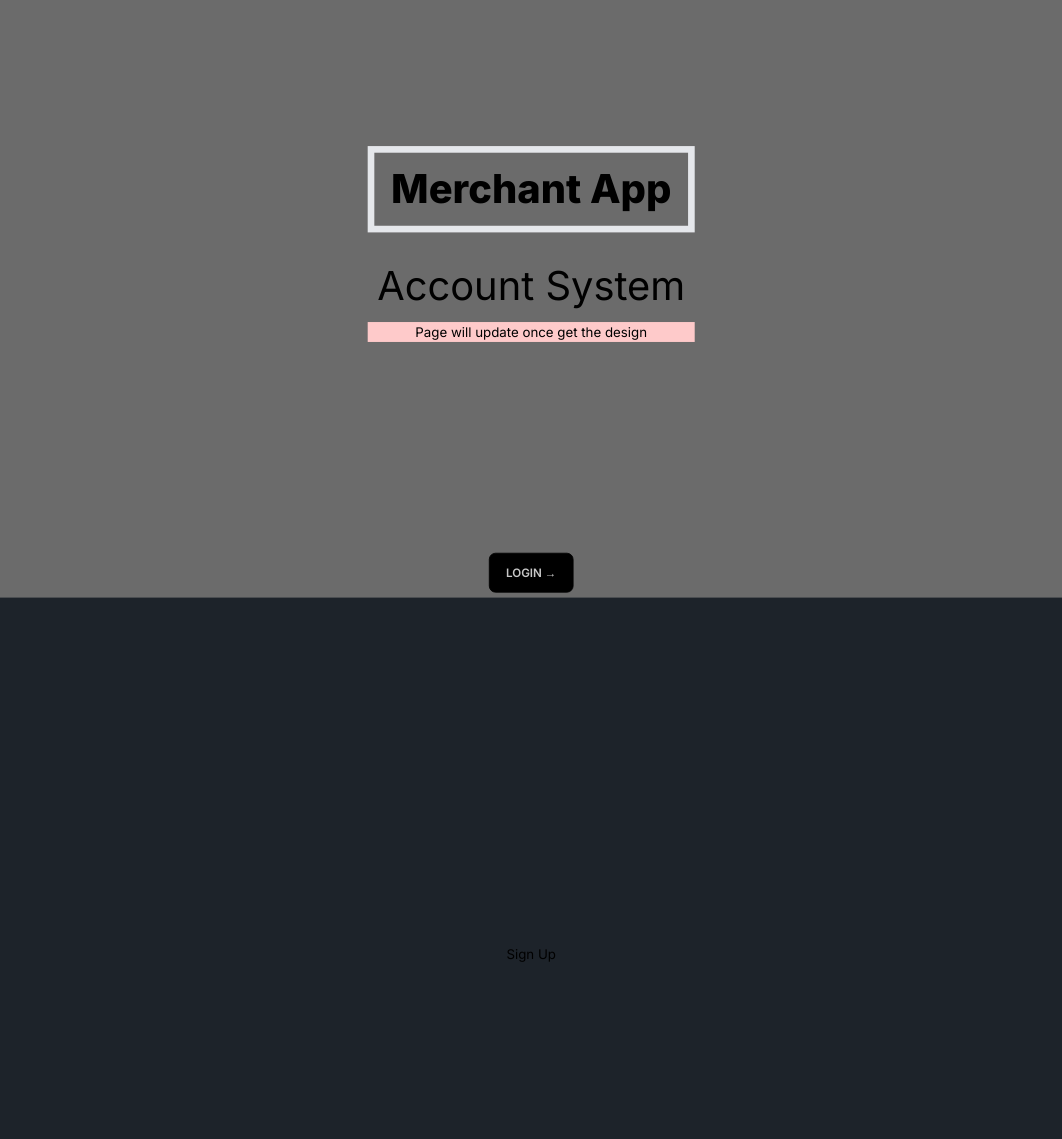
Repository: khairul35/merchant-dashboard
Page: /
The author's editor kept a copy of each file at every save. The page is drawn from the files as they stood at one save, then again after the next save.
The browser window is 1280 px wide. The pictures show the whole page, at 83% of full size.
The project was rebuilt for these pictures with package versions that can differ from the ones it lists, and the page was loaded fresh each time. The framework's server and built-in components were replaced by stand-ins that run in the browser. Also part of the build but not shown: next.config.js, app/components/layout/Header/index.module.css, app/components/layout/Header/index.component.tsx.

Above is the page before, as saved 2024-01-03 11:12:29.

After the next save:
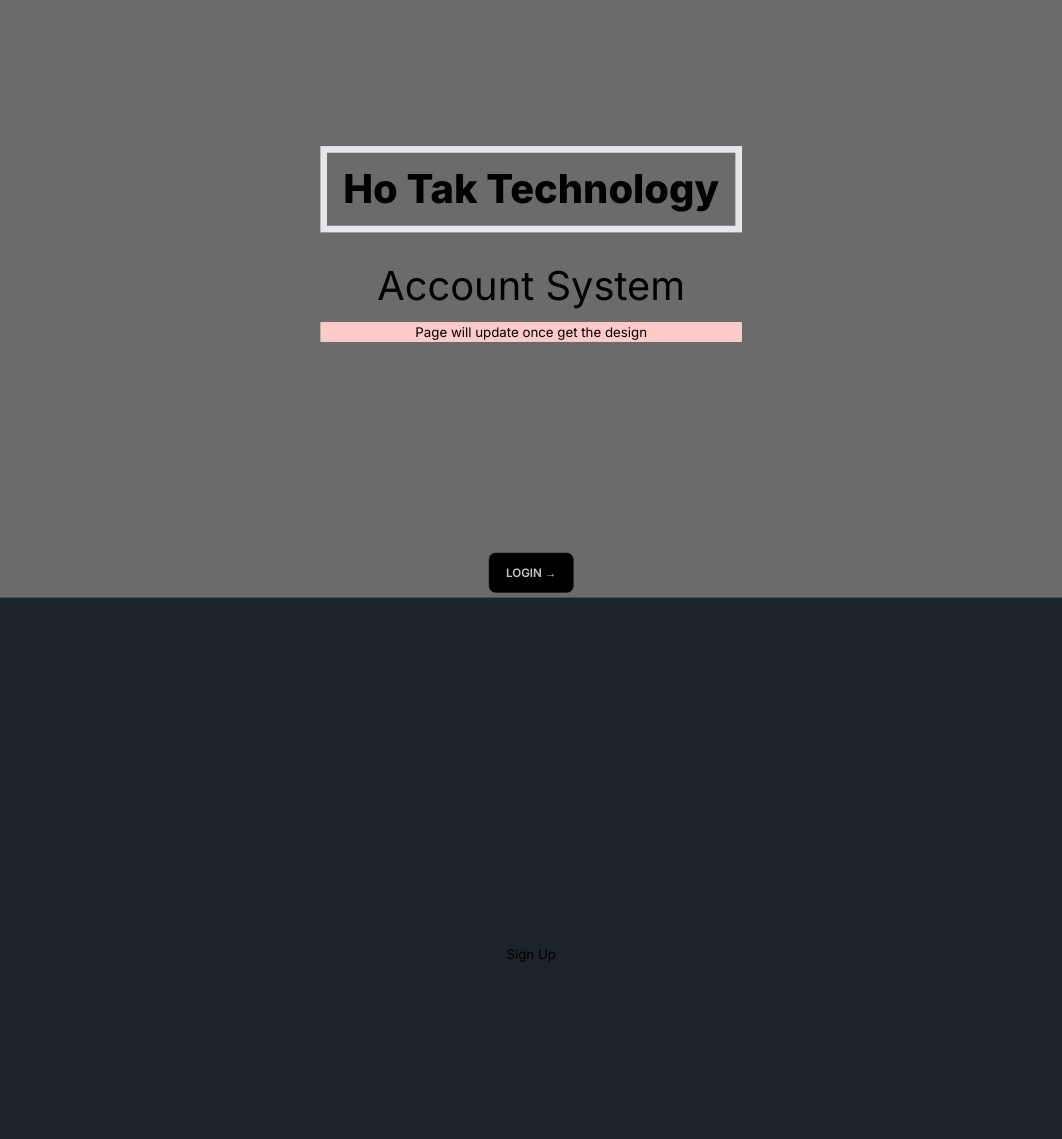
Saved 11 s later.
--- a/app/page.tsx
+++ b/app/page.tsx
@@ -12,7 +12,7 @@
       <main className="flex min-h-screen flex-col items-center justify-between p-24 bg-bg-color">
         <div>
           <div>
-            <h1 className="text-5xl font-extrabold border-8 p-5 text-center items-center mb-10 mt-20">Merchant App</h1>
+            <h1 className="text-5xl font-extrabold border-8 p-5 text-center items-center mb-10 mt-20">Ho Tak Technology</h1>
           </div>
           <h1 className="text-5xl text-center items-center">Account System</h1>
           <p className="text-center items-center bg-red-200 mt-5">Page will update once get the design</p>
